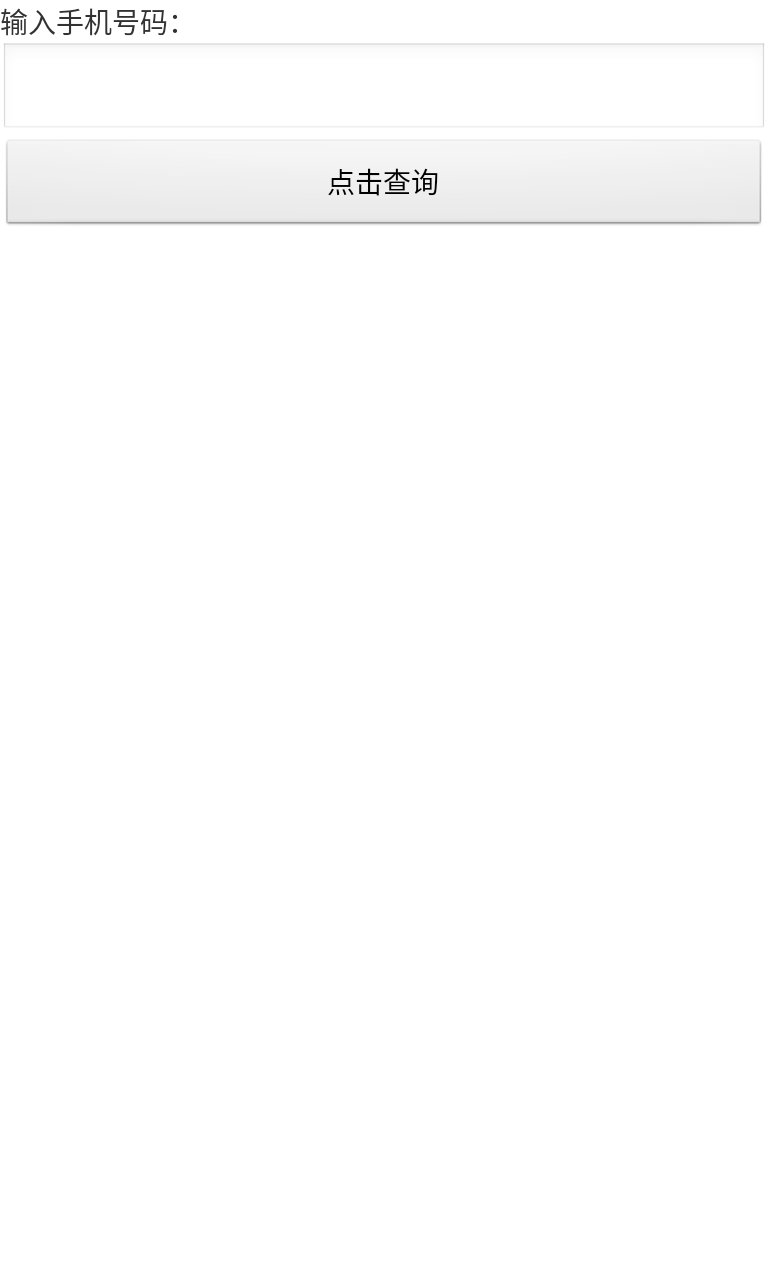
Repository: CrowleyLucky/AndroidLearningNotes
Layout: 15_MobileNumberQuery/res/layout/activity_main.xml
These files come from the project's save history. The layout is drawn as it stood at one moment and after the next save; the edit follows.
It is drawn on a 768 x 1280 px phone screen (xhdpi) without system bars, with theme AppTheme; the app's code is not run.

Above is the layout before, as saved 2014-02-28 08:12:23.

### 15_MobileNumberQuery/res/layout/activity_main.xml
<LinearLayout xmlns:android="http://schemas.android.com/apk/res/android"
    xmlns:tools="http://schemas.android.com/tools"
    android:layout_width="match_parent"
    android:layout_height="match_parent"
    android:orientation="vertical"
    tools:context=".MainActivity" >

    <TextView
        android:layout_width="wrap_content"
        android:layout_height="wrap_content"
        android:text="@string/prompt" />
    <EditText
        android:layout_width="match_parent"
        android:layout_height="wrap_content"
        android:inputType="numberSigned"
        android:id="@+id/tel"/>
    <Button
        android:layout_width="match_parent"
        android:layout_height="wrap_content"
        android:id="@+id/queryButton"
        android:text="@string/click_query"        />
    <TextView
        android:layout_height="wrap_content"
        android:layout_width="match_parent"
        android:gravity="center"
        android:id="@+id/belonging"
        android:textSize="12pt"/>

</LinearLayout>

### 15_MobileNumberQuery/res/values/strings.xml
<?xml version="1.0" encoding="utf-8"?>
<resources>

    <string name="app_name">手机归属地查询</string>
    <string name="action_settings">Settings</string>
    <string name="prompt">输入手机号码：</string>
    <string name="empty_tel">请填写电话号码！</string>
    <string name="click_query">点击查询</string>

</resources>

Loaded but not shown: 15_MobileNumberQuery/res/values/styles.xml (common file)

After the next save:
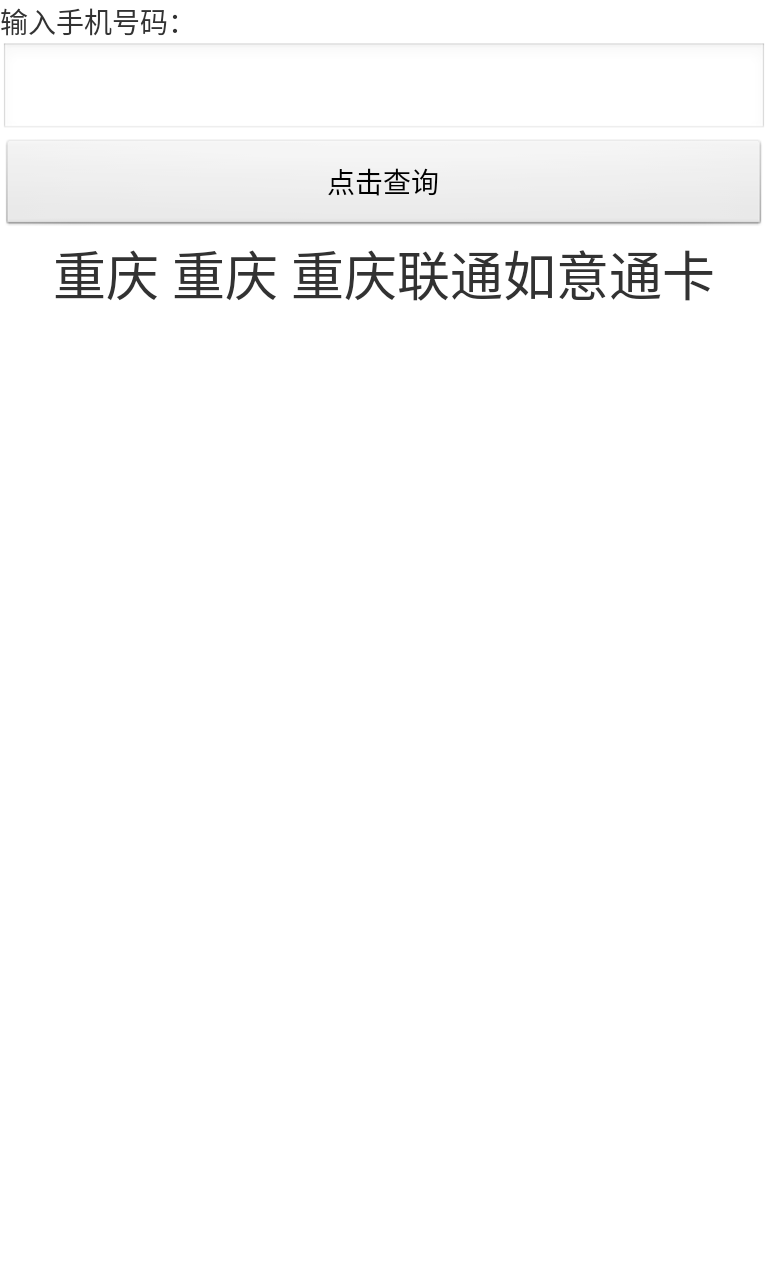
Saved 25 s later.
--- a/15_MobileNumberQuery/res/layout/activity_main.xml
+++ b/15_MobileNumberQuery/res/layout/activity_main.xml
@@ -23,7 +23,7 @@
         android:layout_height="wrap_content"
         android:layout_width="match_parent"
         android:gravity="center"
-        android:id="@+id/belonging"
+        android:id="@+id/belonging" android:text="重庆 重庆 重庆联通如意通卡"
         android:textSize="12pt"/>
 
 </LinearLayout>

After the save that followed:
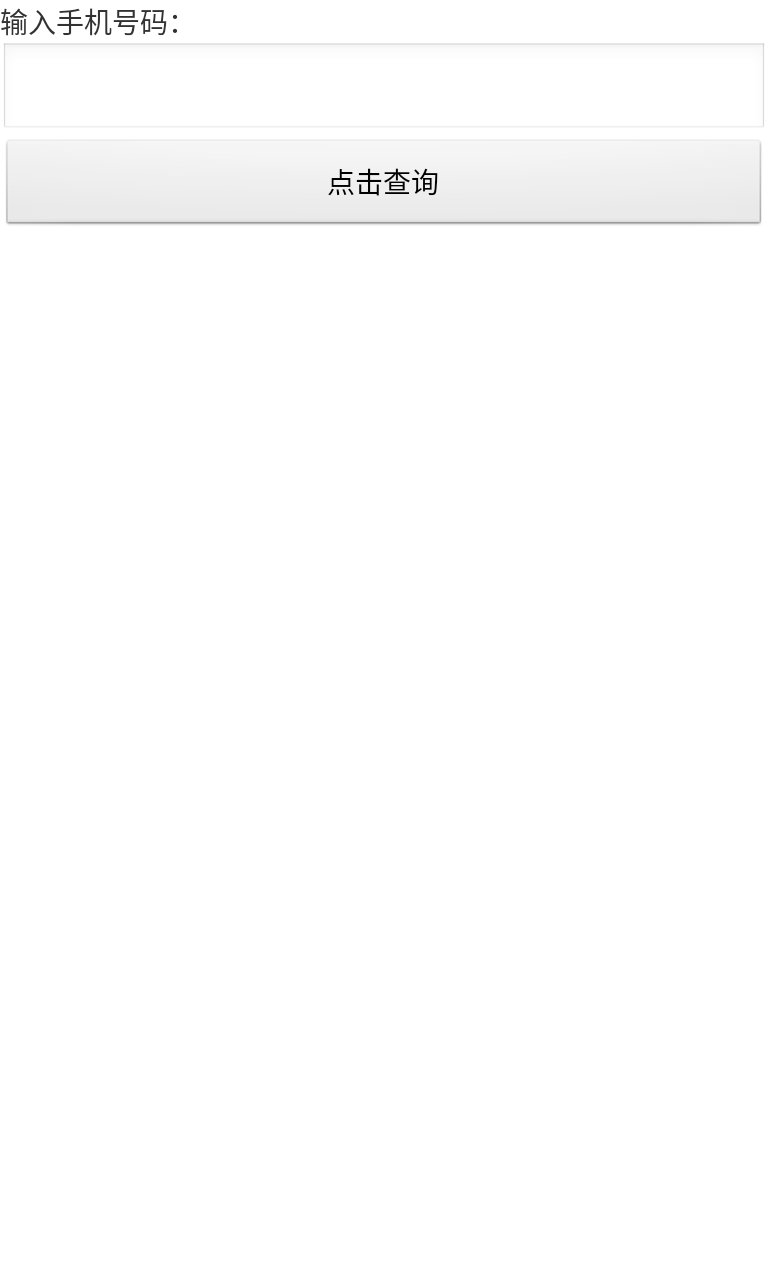
Saved 15 s later.
--- a/15_MobileNumberQuery/res/layout/activity_main.xml
+++ b/15_MobileNumberQuery/res/layout/activity_main.xml
@@ -23,7 +23,7 @@
         android:layout_height="wrap_content"
         android:layout_width="match_parent"
         android:gravity="center"
-        android:id="@+id/belonging" android:text="重庆 重庆 重庆联通如意通卡"
+        android:id="@+id/belonging"
         android:textSize="12pt"/>
 
 </LinearLayout>
